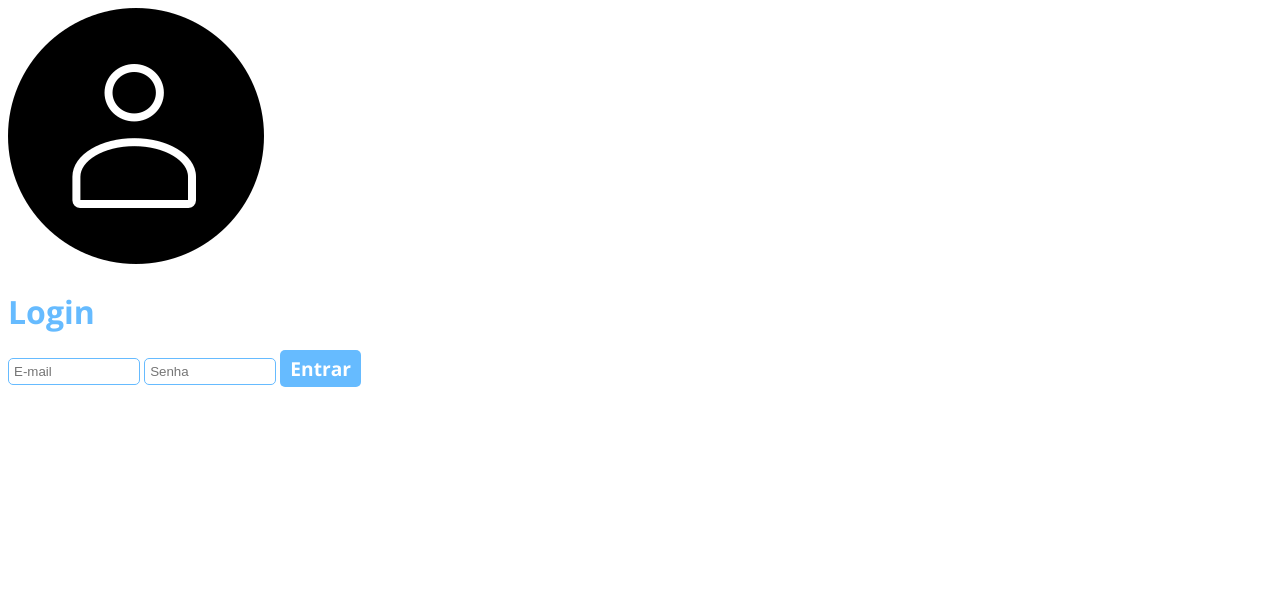
Repository: AbnerRS/DesafioSefaz
Page: DesafioSefaz/src/main/webapp/index.html
The author's editor kept a copy of each file at every save. The page is drawn from the files as they stood at one save, then again after the next save.
The browser window is 1280 px wide. The pictures show the whole page.

Above is the page before, as saved 2021-07-31 21:21:51.

After the next save:
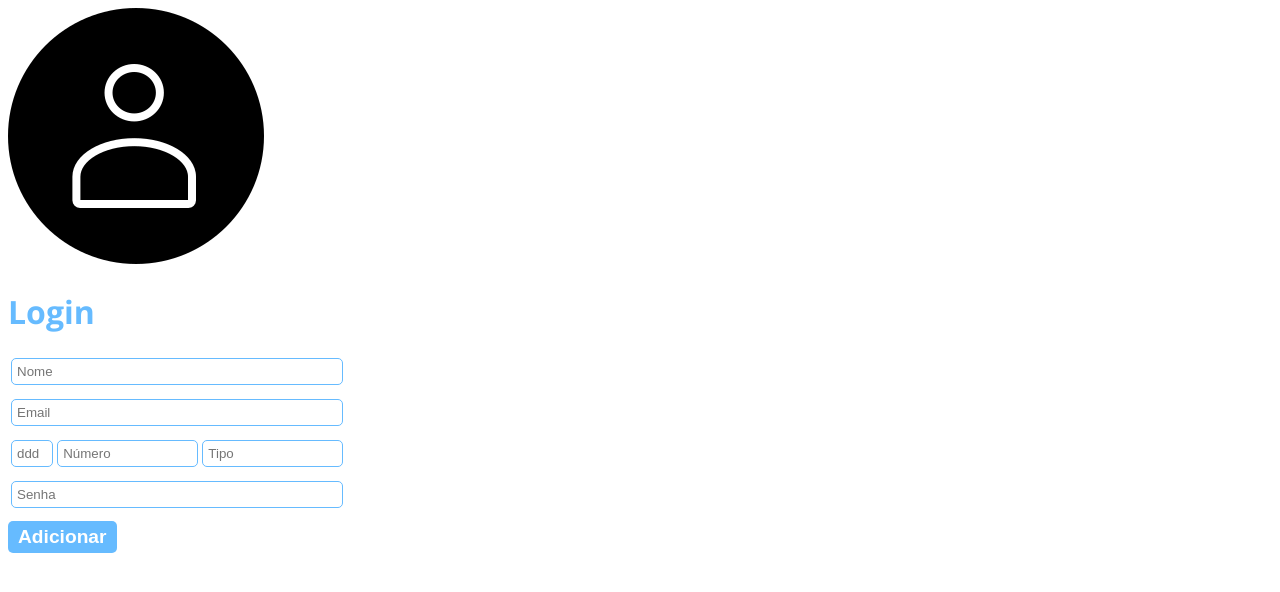
Saved 90 s later.
--- a/DesafioSefaz/src/main/webapp/index.html
+++ b/DesafioSefaz/src/main/webapp/index.html
@@ -10,10 +10,27 @@
 
 	<img src="imagens/login_user.png">
 	<h1>Login</h1>
-	<form>
-		<input type="e-mail" name="email" placeholder="E-mail"   class="InputLogin">
-		<input type="password" name="senha" placeholder="Senha"   class="InputLogin">
-		<a href="main" class="Botao">Entrar</a>
+	<form name="frmUsuario" action="insert">
+		<table>
+			<tr>
+				<td><input type="text" name="nome" placeholder="Nome" class="Caixa1"></td>
+			</tr>
+			<tr>
+				<td><input type="text" name="email" placeholder="Email" class="Caixa1"></td>
+			</tr>
+			<tr>
+				<td><input type="tel" name="telefoneDdd" placeholder="ddd" class="Caixa2">
+				<input type="text" name="telefoneNumero" placeholder="Número" class="Caixa5">
+				<input type="text" name="telefoneTipo" placeholder="Tipo" class="Caixa5">
+				</td>
+			</tr>
+			<tr>
+				<td><input type="password" name="senha" placeholder="Senha" class="Caixa1"></td>
+			</tr>
+		</table>
+		<input type="button" value="Adicionar" class="Botao" onclick="validar()">
 	</form>
+
+	<script src="scripts/validador.js"></script>
 </body>
 </html>
